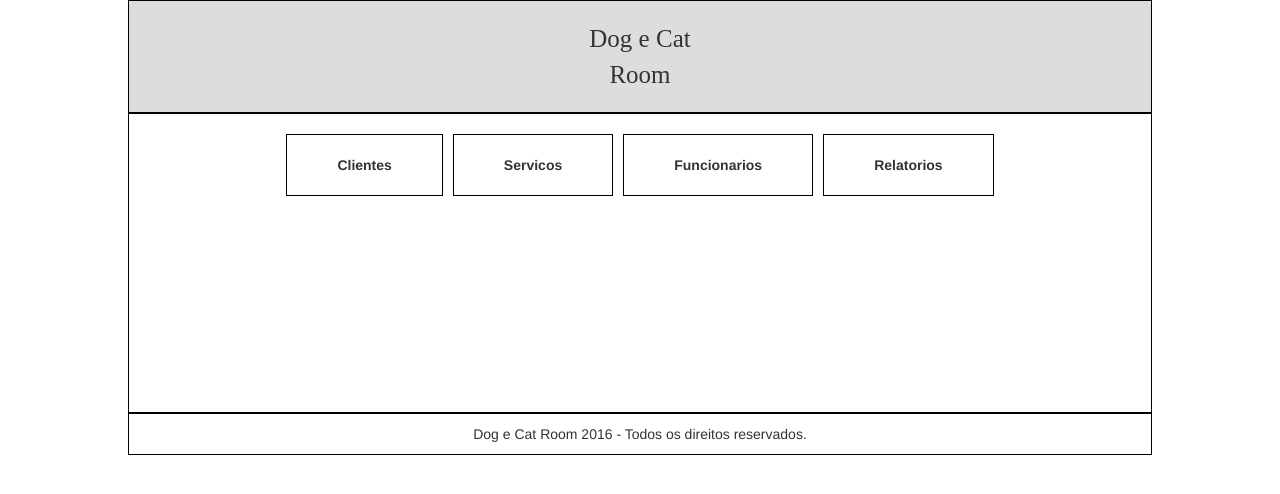
Repository: Natanzx/DogECatRoom
Page: http://localhost/DogECatRoom/principal.jsp
An editor plug-in stored every save of this project. The page is shown before and after the next save, followed by the edit.
The browser window is 1280 px wide. The pictures show the whole page.
The page is served by Tomcat 9.

Above is the page before, as saved 2016-05-15 20:22:16.

After the next save:
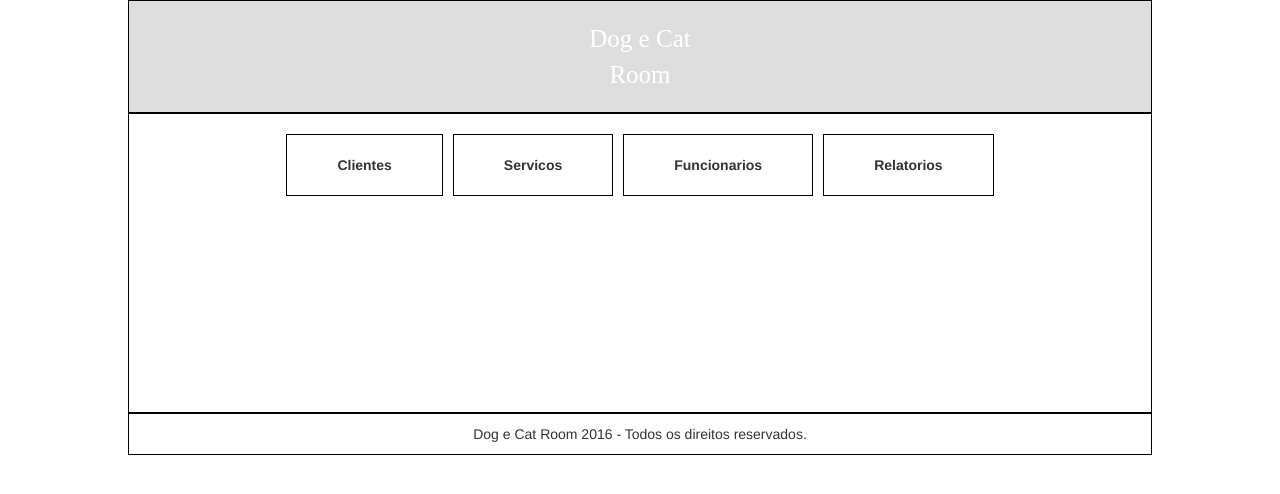
Saved 10 s later.
--- a/DogECatRoom/WebContent/bibliotecas/css/estilos.css
+++ b/DogECatRoom/WebContent/bibliotecas/css/estilos.css
@@ -12,6 +12,7 @@
 	border				: 1px solid black;
 	padding				: 20px 0px;
 	background			: #ddd;
+	color				: white;
 }
 
 .divRodape{
